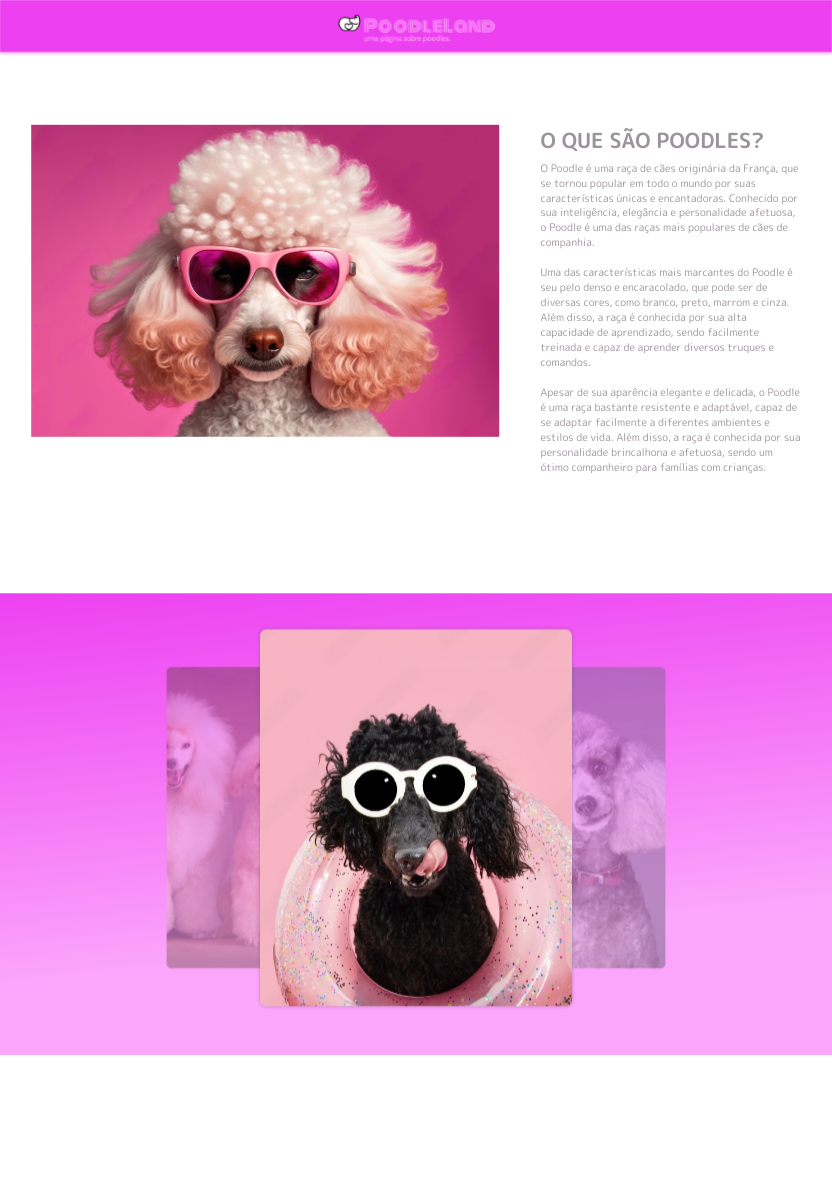
Repository: vinibalt/PoodleLand
Page: poddlelandia.html
The author's editor kept a copy of each file at every save. The page is drawn from the files as they stood at one save, then again after a run of saves.
The browser window is 1280 px wide. The pictures show the whole page, at 65% of full size.

Above is the page before, as saved 2023-05-12 21:53:39.

### poddlelandia.html
<!DOCTYPE html>
<html lang="en">

<head>
    <meta charset="UTF-8">
    <meta http-equiv="X-UA-Compatible" content="IE=edge">
    <meta name="viewport" content="width=device-width, initial-scale=1.0">
    <link rel="stylesheet" href="./assets/css/styles.css">
    <title> PoodleLand </title>
</head>

<body>
    <header class="header">
        <div class="content">
            <img src="./assets/img/logo-poodleland.png" alt="" height="60px">
        </div>
    </header>

    <section class="section-one row">
        <div class="img-one">
            <img src="./assets/img/poddle-lindo.jpeg" alt="" height="480px">
        </div>

        <div class="text-one">
            <h1>O QUE SÃO POODLES?</h1>
            <p>
                O Poodle é uma raça de cães originária da França, que se tornou popular em todo o mundo por suas
                características únicas e encantadoras. Conhecido por sua inteligência, elegância e personalidade
                afetuosa, o Poodle é uma das raças mais populares de cães de companhia. <br><br>
                Uma das características mais marcantes do Poodle é seu pelo denso e encaracolado, que pode ser de
                diversas cores, como branco, preto, marrom e cinza. Além disso, a raça é conhecida por sua alta
                capacidade de aprendizado, sendo facilmente treinada e capaz de aprender diversos truques e comandos.
                <br><br>
                Apesar de sua aparência elegante e delicada, o Poodle é uma raça bastante resistente e adaptável, capaz
                de se adaptar facilmente a diferentes ambientes e estilos de vida. Além disso, a raça é conhecida por
                sua personalidade brincalhona e afetuosa, sendo um ótimo companheiro para famílias com crianças.
                <br><br>

            </p>
        </div>
    </section>

    <section class="section-carousel">

        <div class="container">
            <input type="radio" name="slider" id="item-1" checked>
            <input type="radio" name="slider" id="item-2">
            <input type="radio" name="slider" id="item-3">
          <div class="cards">
            <label class="card" for="item-1" id="song-1">
              <img class="img-carousel" src="./assets/img/poodle-praiano.jpeg" alt="song">
            </label>
            <label class="card" for="item-2" id="song-2">
              <img class="img-carousel" src="./assets/img/poodle-cinza-transformed.jpeg" alt="song">
            </label>
            <label class="card" for="item-3" id="song-3">
              <img class="img-carousel" src="./assets/img/poodle-varias-cores-transformed.jpeg" alt="song">
            </label>
          </div>
        </div>

    </section>

    <section class="section-two">

    </section>

    <footer>

    </footer>
</body>

</html>

### assets/css/styles.css
@import url('https://fonts.googleapis.com/css2?family=Heebo:wght@300;400;500;600;700;800;900&display=swap');
@import url('https://fonts.googleapis.com/css2?family=M+PLUS+Rounded+1c:wght@100;300;400;500;700;800;900&display=swap');
/* font-family: 'Heebo', sans-serif; */

* {
    padding: 0;
    margin: 0;

    font-family: 'M PLUS Rounded 1c', sans-serif;
}

body {
    scroll-behavior: smooth;
}

.header {
    height: 80px;
    position: sticky;
    top: 0;
    background-color: #ed40f1;
    box-shadow: 0px 3px 5px 0px rgba(255,171,252,1);

    justify-content: center;
    align-items: center;
    text-align: center;

    z-index: 2;
}

.content img {
    padding-top: 1rem;
    border-radius: .5rem;

    border-radius: 8px;
}

.section-one, .section-two {
    height: auto;
    padding-top: 4rem;

    padding: 4rem 1rem 8rem 1rem;
    color: #9c939c;
}

.img-one, .text-one, .img-two, .text-two{
    padding: 3rem 2rem 2rem;
}

.text-one {

}

.text-one > h1 {
 font-size: 32px;
 font-weight: 700;

 padding-bottom: .5rem;
}

.text-one > p {
    font-size: 16px;
    font-weight: 400;
}

.section-carousel {
    height: 650px;
    /* background-color: #fba5fb; */
    background: rgb(237,64,241);
    background: linear-gradient(174deg, rgba(237,64,241,1) 0%, rgba(251,165,251,1) 71%);
}








.row {
    display: flex;
    flex-direction: row;
}

.column {
    display: flex;
    flex-direction: column;
}







@import url("https://fonts.googleapis.com/css?family=DM+Sans:400,500,700&display=swap");



.section-carousel {
  display: flex;
  align-items: center;
  justify-content: center;
  padding: 30px 10px;
  font-family: 'DM Sans', sans-serif;
  transition: background .4s ease-in;
  background-color: #c394f8;

  &.blue {
    background-color: #428aa6;
  }
}

input[type=radio] {
  display: none;
}

.card {
  position: absolute;
  width: 60%;
  height: 100%;
  left: 0;
  right: 0;
  margin: auto;
  transition: transform .4s ease;
  cursor: pointer;
}

.container {
  width: 100%;
  max-width: 800px;
  max-height: 600px;
  height: 100%;
  transform-style: preserve-3d;
  display: flex;
  justify-content: center;
  flex-direction: column;
  align-items: center;
}

.cards {
  position: relative;
  width: 100%;
  height: 100%;
  margin-bottom: 20px;

  z-index: 1;
}

.img-carousel {
  width: 100%;
  height: 100%;
  border-radius: 10px;
  object-fit: cover;
}

#item-1:checked ~ .cards #song-3, #item-2:checked ~ .cards #song-1, #item-3:checked ~ .cards #song-2 {
  transform: translatex(-40%) scale(.8);
  opacity: .4;
  z-index: 0;
}

#item-1:checked ~ .cards #song-2, #item-2:checked ~ .cards #song-3, #item-3:checked ~ .cards #song-1 {
  transform: translatex(40%) scale(.8);
  opacity: .4;
  z-index: 0;
}

#item-1:checked ~ .cards #song-1, #item-2:checked ~ .cards #song-2, #item-3:checked ~ .cards #song-3 {
  transform: translatex(0) scale(1);
  opacity: 1;
  z-index: 1;

  img {
    box-shadow: 0px 0px 5px 0px rgba(81, 81, 81, 0.47);
  }
}

.player {
  background-color: #fff;
  border-radius: 8px;
  min-width: 320px;
  padding: 16px 10px;
}

.upper-part {
  position: relative;
  display: flex;
  align-items: center;
  margin-bottom: 12px;
  height: 36px;
  overflow: hidden;
}

.play-icon{ margin-right: 10px; }

.song-info {
  width: calc(100% - 32px);
  display: block;
}

.song-info .title {
  color: #403d40;
  font-size: 14px;
  line-height: 24px;
}

.sub-line {
  display: flex;
  justify-content: space-between;
  width: 100%;
}

.subtitle, .time {
  font-size: 12px;
  line-height: 16px;
  color: #c6c5c6;
}

.time {
  font-size: 12px;
  line-height: 16px;
  color: #a5a5a5;
  font-weight: 500;
  margin-left: auto;
}

.progress-bar {
  height: 3px;
  width: 100%;
  background-color: #e9efff;
  border-radius: 2px;
  overflow: hidden;
}

.progress {
  display: block;
  position: relative;
  width: 60%;
  height: 100%;
  background-color: #2992dc;
  border-radius: 6px;
}

.info-area {
  width: 100%;
  position: absolute;
  top: 0;
  left: 30px;
  transition: transform .4s ease-in;
}

#item-2:checked ~ .player #test {
  transform: translateY(0);
}

#item-2:checked ~ .player #test  {
  transform: translateY(-40px);
}

#item-3:checked ~ .player #test  {
  transform: translateY(-80px);
}

After the next 3 saves:
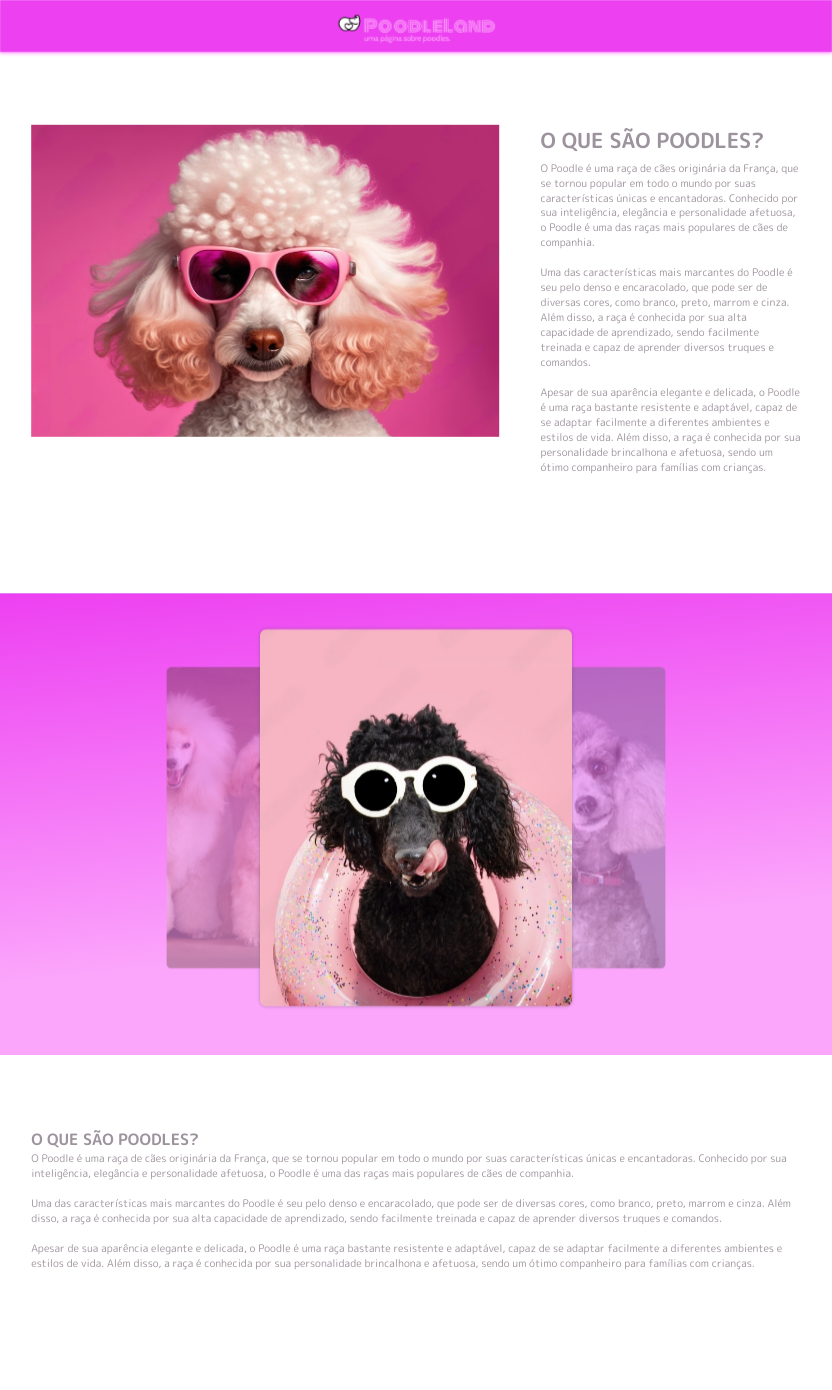
The 3 saves are shown as one change because they came seconds apart.
The last was saved 26 s later.
--- a/poddlelandia.html
+++ b/poddlelandia.html
@@ -62,7 +62,23 @@
     </section>
 
     <section class="section-two">
+        <div class="text-two">
+            <h1>O QUE SÃO POODLES?</h1>
+            <p>
+                O Poodle é uma raça de cães originária da França, que se tornou popular em todo o mundo por suas
+                características únicas e encantadoras. Conhecido por sua inteligência, elegância e personalidade
+                afetuosa, o Poodle é uma das raças mais populares de cães de companhia. <br><br>
+                Uma das características mais marcantes do Poodle é seu pelo denso e encaracolado, que pode ser de
+                diversas cores, como branco, preto, marrom e cinza. Além disso, a raça é conhecida por sua alta
+                capacidade de aprendizado, sendo facilmente treinada e capaz de aprender diversos truques e comandos.
+                <br><br>
+                Apesar de sua aparência elegante e delicada, o Poodle é uma raça bastante resistente e adaptável, capaz
+                de se adaptar facilmente a diferentes ambientes e estilos de vida. Além disso, a raça é conhecida por
+                sua personalidade brincalhona e afetuosa, sendo um ótimo companheiro para famílias com crianças.
+                <br><br>
 
+            </p>
+        </div>
     </section>
 
     <footer>
